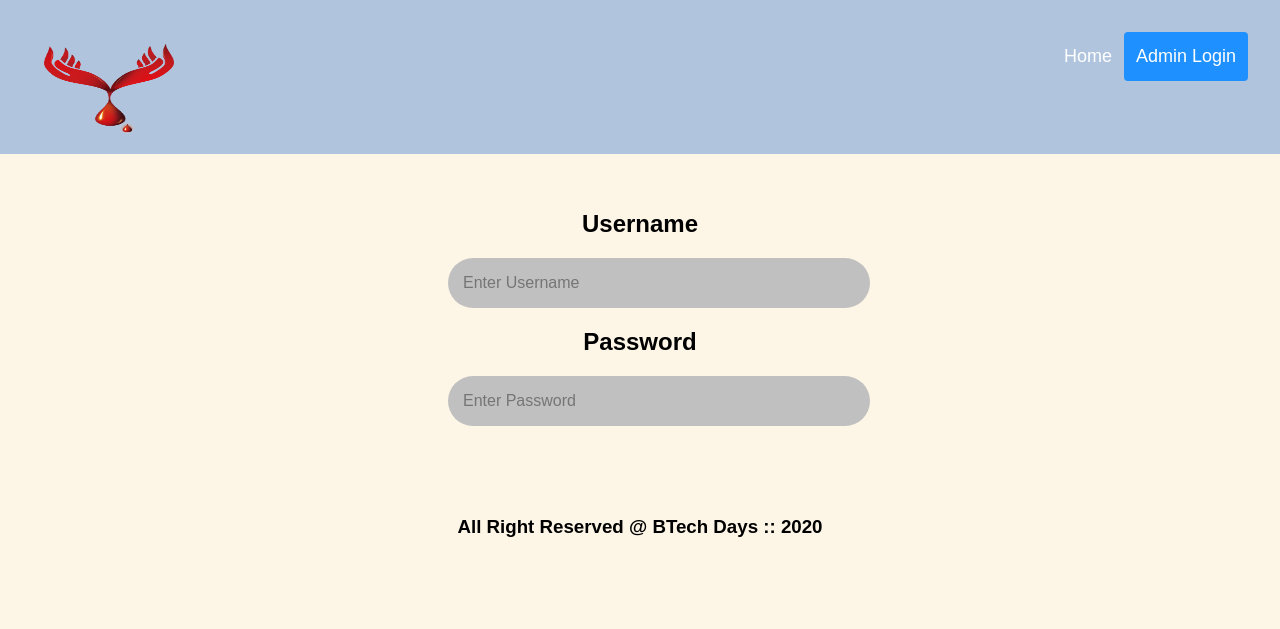
Repository: Tejas-2408/Blood-Bank-Management
Page: http://localhost/Blood_Bank_Management_System/adminLogin.jsp
An editor plug-in stored every save of this project. The page is shown before and after the next save, followed by the edit.
The browser window is 1280 px wide. The pictures show the whole page.
The page is served by Tomcat 9. Other server files are loaded and not shown.

Above is the page before, as saved 2022-06-03 13:48:03.

### Blood Bank Management System/src/main/webapp/adminLogin.jsp
<!DOCTYPE html>
<html lang="en">
<head>
 <link rel="stylesheet" href="style.css" type="text/css" media="screen">
<style>
input[type="text"], input[type="password"], input[type="submit"]
{
    border: none;
    background:silver;
    height: 50px;
    font-size: 16px;
	margin-left:35%;
	padding:15px;
	width:33%;
	border-radius: 25px;
}
</style>
</head>
<body>
<div class="header">
  <a href="#default" class="logo"><img class="logo" src="Logo1.png"></a>
  <div class="header-right">
    <a href="index.jsp">Home</a>
    <a class="active" href="adminLogin.jsp">Admin Login</a>
  </div>
</div>
<body>
<div class="container">
<br>
	<br>
<form action="adminLoginAction.jsp" method="post">
<div class="form-group">
<center><h2>Username</h2></center>
<input type="text" name="username" placeholder="Enter Username" required>
<center><h2>Password</h2></center>
<input type="password" name="password" placeholder="Enter Password" required>


</form>



</div>
<br>
<br>
<br>
<br>
<h3><center>All Right Reserved @ BTech Days :: 2020  </center></h3>
</body>
</html>

### Blood Bank Management System/src/main/webapp/style.css
body{
background-color:#FDF5E6;
}
img{
width:100%;
height:500px;
}

.logo{
width:130px;
height:90px;
}
body {
  margin: 0;
  font-family: Arial;
}

.header {
  overflow: hidden;
  background-color:#B0C4DE;
  padding: 20px 10px;
}

.header a {
  float: left;
  color: white;
  text-align: center;
  padding: 12px;
  text-decoration: none;
  font-size: 18px;
  line-height: 25px;
  border-radius: 4px;
}

.header a.logo {
  font-size: 25px;
  font-weight: bold;
}


.header a.active {
  background-color: dodgerblue;
  color: white;
}

.header-right {
  float: right;
}

@media screen and (max-width: 500px) {
  .header a {
    float: none;
    display: block;
    text-align: left;
  }
  .header-right {
    float: none;
  }
}
.slide{
background-color:red;
}


textarea
{
    border: none;
    margin-left:100px;
	background:silver;
	width:100%;
    font-size: 16px;
	padding:15px;

}
.textdiv{
	margin-left:2.5%;
	margin-right:2.5%;
	width:100%;
}

iframe{

	height:50%;
	width:90%;
}


.button {
  border-radius: 4px;
  background-color: black;
  border: solid;
  color: #FFFFFF;
  text-align: center;
  font-size: 23px;
  padding: 5px;
  width: 120px;
  transition: all 0.5s;
  cursor: pointer;
  margin: 5px;
}

.button1 {
  border-radius: 4px;
  background-color: black;
  border: solid;
  border-radius:30px;
  border-color:silver;
  color: #FFFFFF;
  text-align: center;
  font-size: 23px;
  padding: 5px;
  width: 140px;
  transition: all 0.5s;
  cursor: pointer;
  margin: 5px;
  float:right;
}

button span {
  cursor: pointer;
  display: inline-block;
  position: relative;
  transition: 0.5s;
}

button span:after ,button1 span:after {
  content: '\00bb';
  position: absolute;
  opacity: 0;
  top: 0;
  right: -20px;
  transition: 0.5s;
}

button:hover span , button1:hover span {
  padding-right: 25px;
}

button:hover span:after , button1:hover span:after {
  opacity: 1;
  right: 0;
}



.p1{
	margin-left:6%;
	margin-right:6%;
	padding:15%;
	 border-left: 6px solid silver;
	 border-right: 6px solid silver;
	  border-top: 6px solid gray;
	 border-bottom: 6px solid gray;
	margin-bottom:2px;
	 background: rgba(0, 0, 0, 0.2);

}
.p2
{
	margin-left:6%;
	margin-right:6%;
	padding:9%;
	border:solid;
	border-left: 6px solid silver;
	 border-right: 6px solid silver;
	  border-top: 6px solid gray;
	 border-bottom: 6px solid gray;
	margin-bottom:18px;
	 background: rgba(0, 0, 0, 0.2);
}


.p3{

	color:white;
	margin-left:6%;
}


.m1{
	width:140px;
}

* {
    box-sizing: border-box;
}

body {
    margin: 0;
    font-family: Arial;
}

.header {
    text-align: center;
    padding: 32px;
}

.row {
    display: -ms-flexbox; /* IE10 */
    display: flex;
    -ms-flex-wrap: wrap; /* IE10 */
    flex-wrap: wrap;
    padding: 0 4px;

}
.row1 {
    display: -ms-flexbox; /* IE10 */
    display: flex;
    -ms-flex-wrap: wrap; /* IE10 */
    flex-wrap: wrap;
    padding: 0 4px;
	background-color:black;

}


/* Create four equal columns that sits next to each other */
.column {
    -ms-flex: 25%; /* IE10 */
    flex: 25%;
    max-width: 50%;
    padding: 0 4px;
}
.column1 {
    -ms-flex: 25%; /* IE10 */
    flex: 25%;
    max-width: 100%;
    padding: 0 4px;
}


.column img {
    margin-top: 8px;
    vertical-align: middle;
	height:300px;
	padding:30px;
}

/* Responsive layout - makes a two column-layout instead of four columns */
@media screen and (max-width: 800px) {
    .column {
        -ms-flex: 50%;
        flex: 50%;
        max-width: 50%;
    }
}

/* Responsive layout - makes the two columns stack on top of each other instead of next to each other */
@media screen and (max-width: 600px) {
    .column {
        -ms-flex: 100%;
        flex: 100%;
        max-width: 100%;
    }
}
p{
padding:10px;
}

.h1d{
color:white;
margin-left:5%;
}
.h1e{
color:white;
margin-left:28%;
}

After the next save:
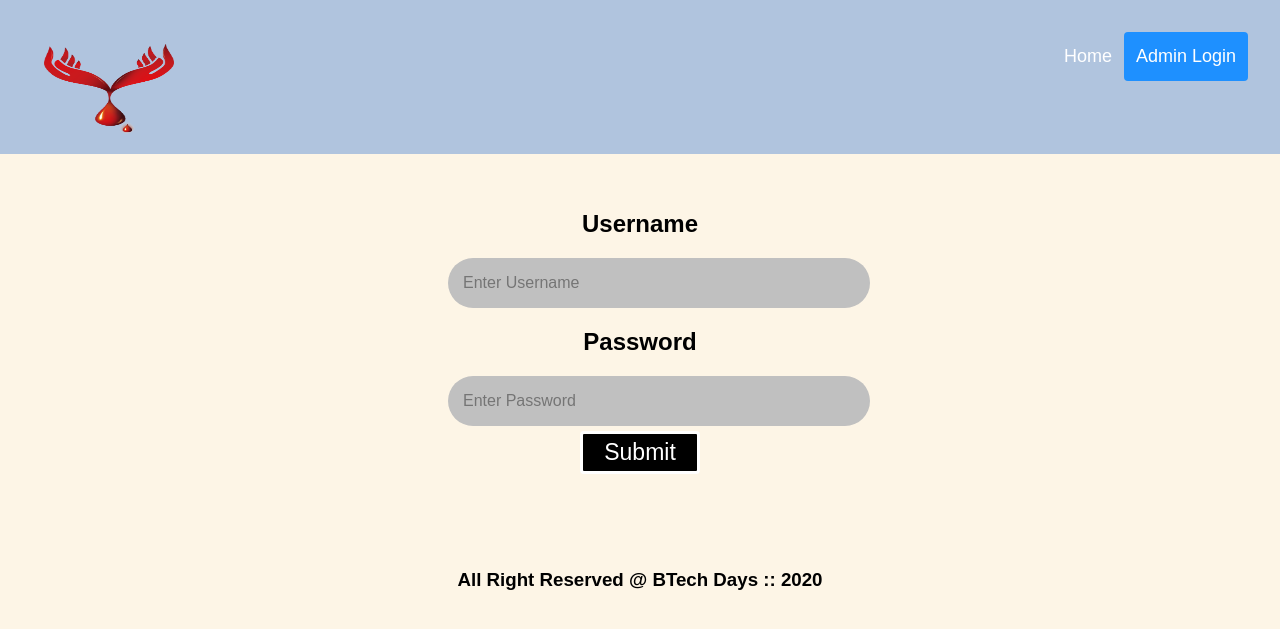
Saved 39 s later.
--- a/Blood Bank Management System/src/main/webapp/adminLogin.jsp
+++ b/Blood Bank Management System/src/main/webapp/adminLogin.jsp
@@ -34,6 +34,7 @@ input[type="text"], input[type="password"], input[type="submit"]
 <input type="text" name="username" placeholder="Enter Username" required>
 <center><h2>Password</h2></center>
 <input type="password" name="password" placeholder="Enter Password" required>
+<center><button type="submit" class="button">Submit</button></center>
 
 
 </form>
